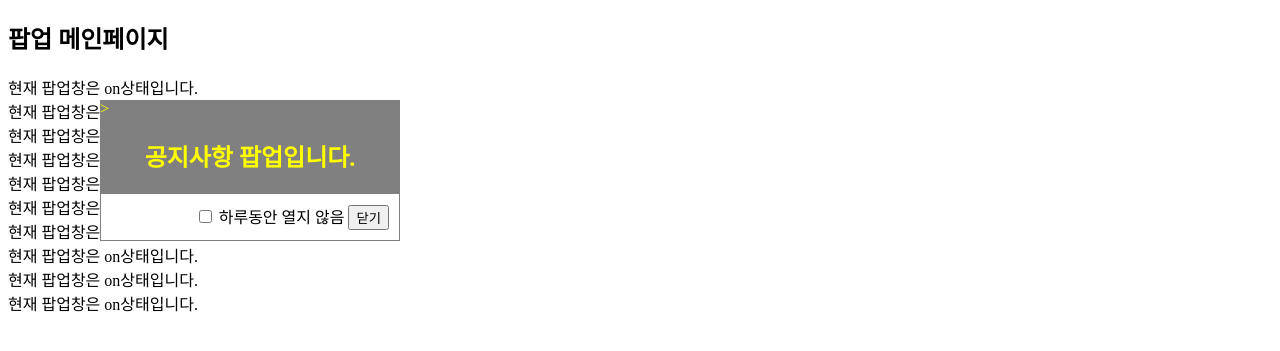
Repository: bhj305/JSP_Servlet
Page: http://localhost/MustHaveJSP/04Cookie/PopupMain_0.1.jsp
An editor plug-in stored every save of this project. The page is shown before and after the next save, followed by the edit.
The browser window is 1280 px wide. The pictures show the whole page.
The page is served by Tomcat 10.

Above is the page before, as saved 2025-05-07 05:51:45.

After the next save:
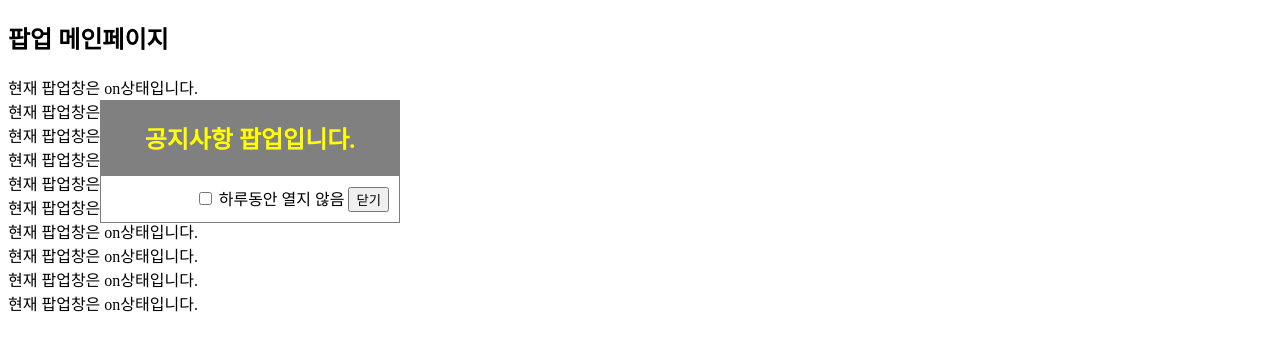
Saved 9 s later.
--- a/MustHaveJSP/src/main/webapp/04Cookie/PopupMain_0.1.jsp
+++ b/MustHaveJSP/src/main/webapp/04Cookie/PopupMain_0.1.jsp
@@ -38,7 +38,7 @@
 		}
 		if(popupMode.equals("on")){
 	%>
-		<div id="popup">>
+		<div id="popup">
 			<h2 align="center">공지사항 팝업입니다.</h2>
 			<div align="right"><form name="popFrm">
 				<input type="checkbox" id="inactiveToday" value ="1" />
